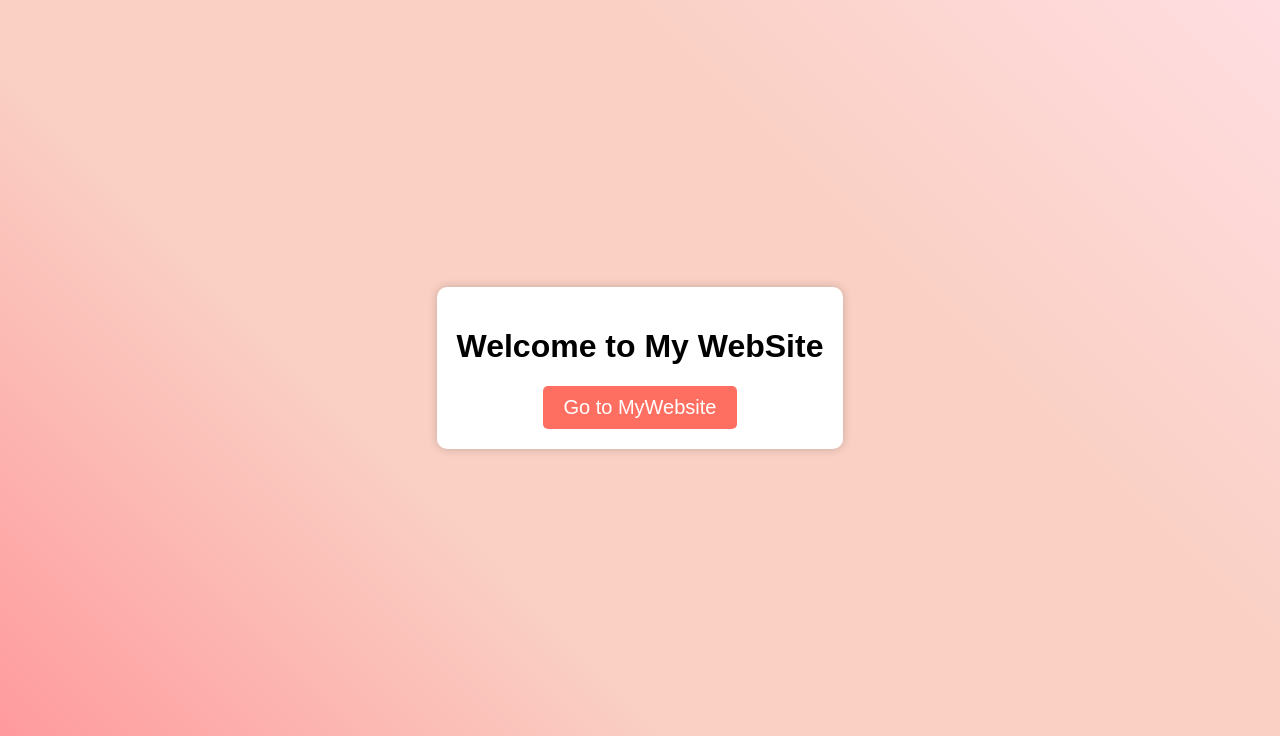
Repository: sudeepnagar/Advanced71
Page: IndexToDownload/src/main/webapp/index.html
An editor plug-in stored every save of this project. The page is shown before and after the next save, followed by the edit.
The browser window is 1280 px wide. The pictures show the whole page.

Above is the page before, as saved 2025-03-04 09:01:13.

After the next save:
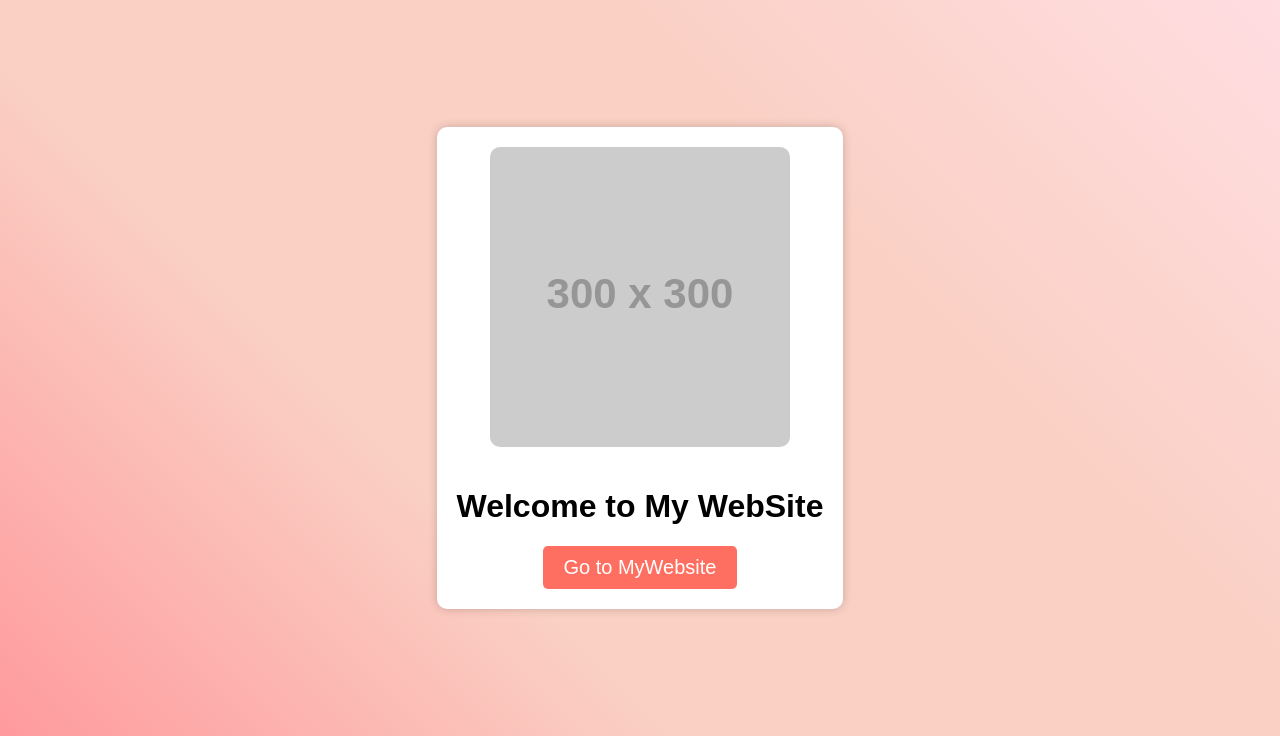
Saved 105 s later.
--- a/IndexToDownload/src/main/webapp/index.html
+++ b/IndexToDownload/src/main/webapp/index.html
@@ -20,6 +20,12 @@
             border-radius: 10px;
             box-shadow: 0 0 10px rgba(0, 0, 0, 0.2);
         }
+        img {
+            max-width: 100%;
+            height: auto;
+            border-radius: 10px;
+            margin-bottom: 15px;
+        }
         a {
             display: inline-block;
             text-decoration: none;
@@ -37,6 +43,7 @@
 </head>
 <body>
     <div class="container">
+        <img src="https://via.placeholder.com/300" alt="Placeholder Image">
         <h1>Welcome to My WebSite</h1>
         <a href="https://igrmaharashtra.gov.in/Home" target="_blank">Go to MyWebsite</a>
     </div>
